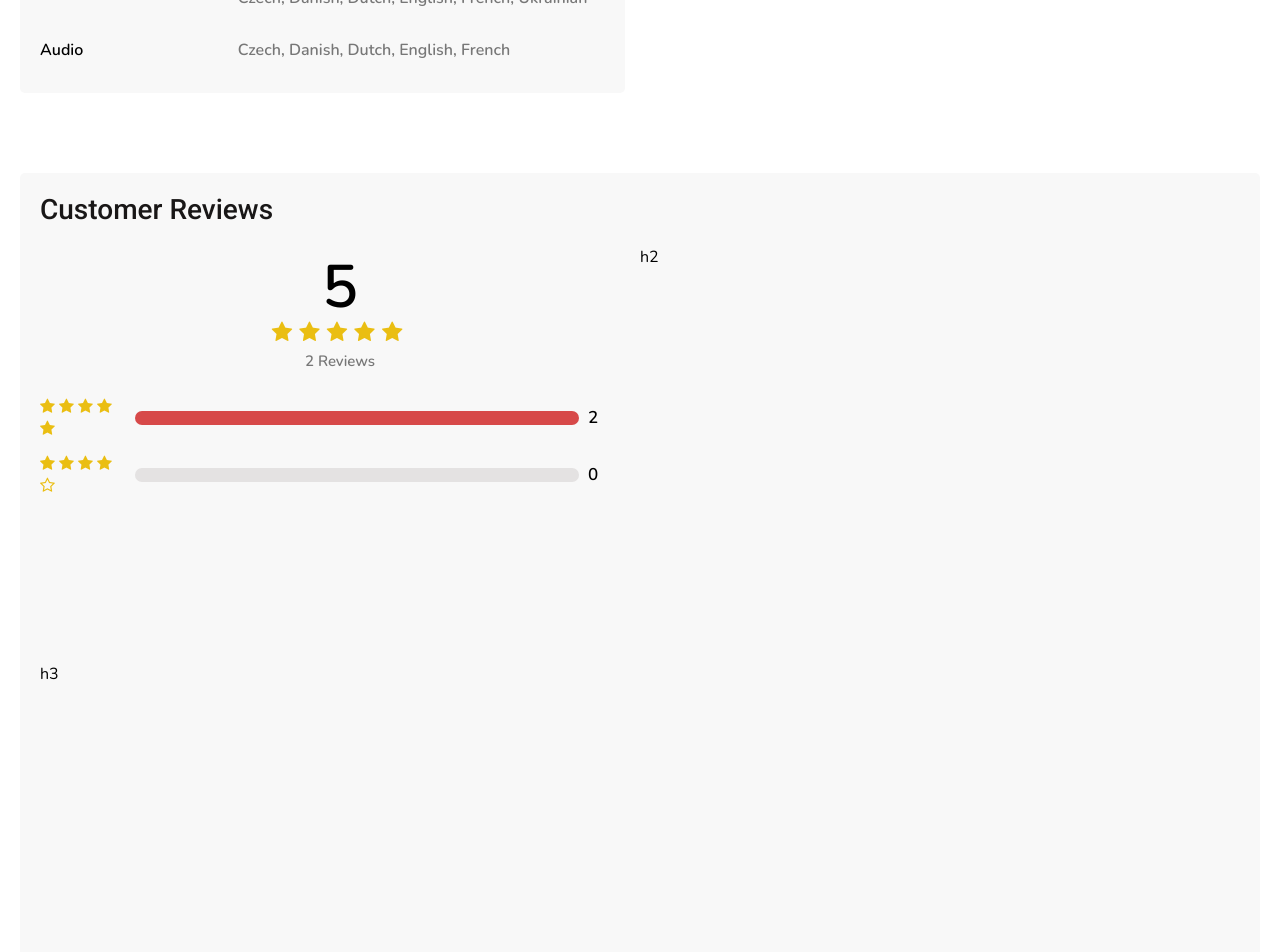
Repository: NguyenDinhThuyVy/TestWebsite
Page: detail.html
The author's editor kept a copy of each file at every save. The page is drawn from the files as they stood at one save, then again after the next save.
The browser window is 1280 px wide. The pictures show the part of the page from y = 2924 to 3876 px (the page is 4177 px tall before and 4199 px after).
A picture or video elsewhere on the page could not be fetched, so the positions and the page height are approximate. Some web fonts or font styles are not loaded; a fallback is used.

Above is the page before, as saved 2023-10-12 20:54:01.

After the next save:
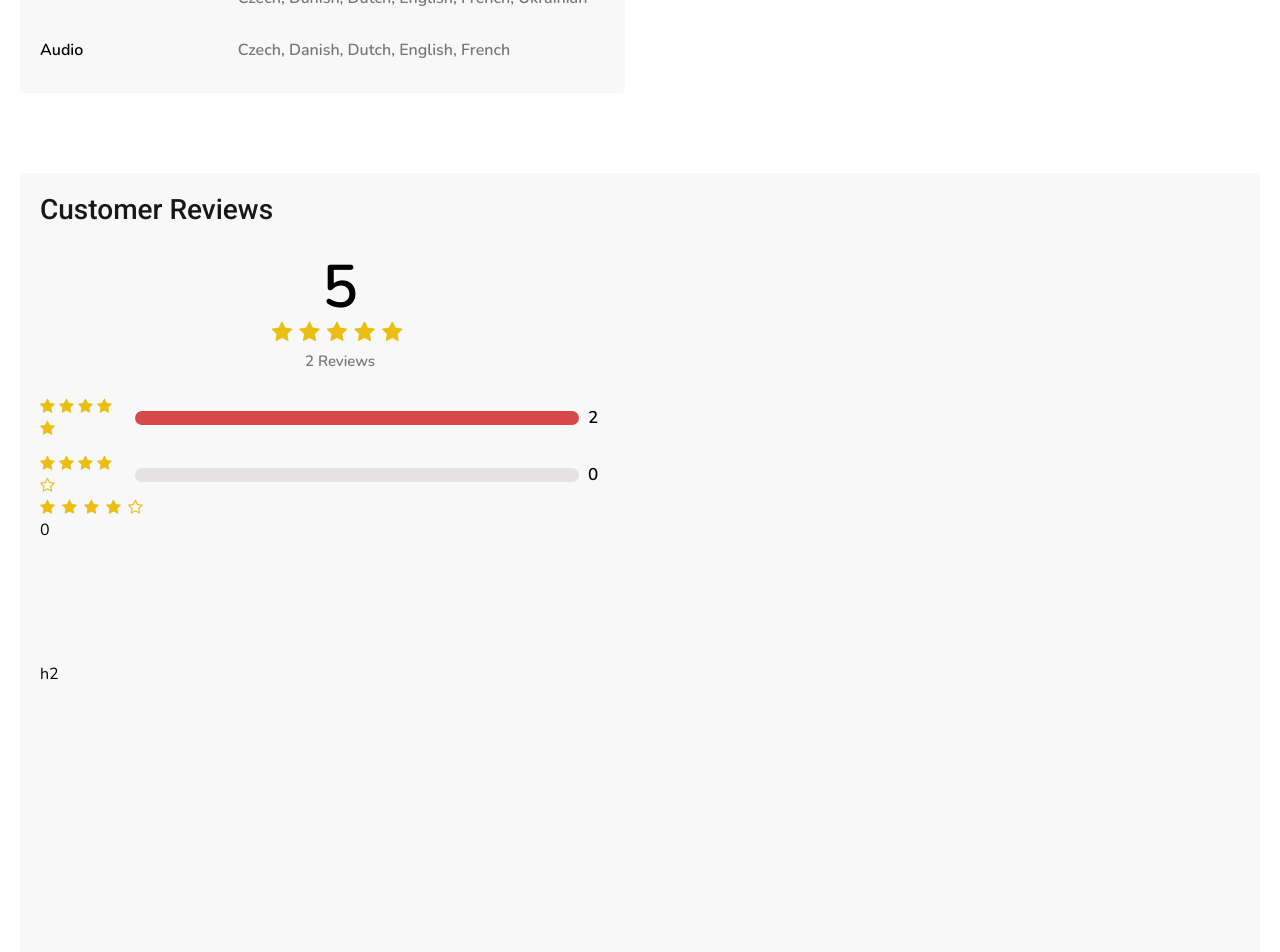
Saved 13 s later.
--- a/detail.html
+++ b/detail.html
@@ -547,6 +547,22 @@
                   </div>
                 </div>
               </div>
+              <div class="rating-four rating-items">
+                <div class="stars-area">
+                  <i class="fa fa-solid fa-star fa-2xl icon-star"></i>
+                  <i class="fa fa-solid fa-star fa-2xl icon-star"></i>
+                  <i class="fa fa-solid fa-star fa-2xl icon-star"></i>
+                  <i class="fa fa-solid fa-star fa-2xl icon-star"></i>
+                  <i class="fa fa-star-o icon-star"></i>
+                </div>
+                <div class="wrapper-proportional-area">
+                  <div class="proportional-area"></div>
+                </div>
+                <div class="quantity-area">
+                  <span>0</span>
+                </div>
+              </div>
+            </div>
             </div>
             <div class="add-Review">h2</div>
           </div>
